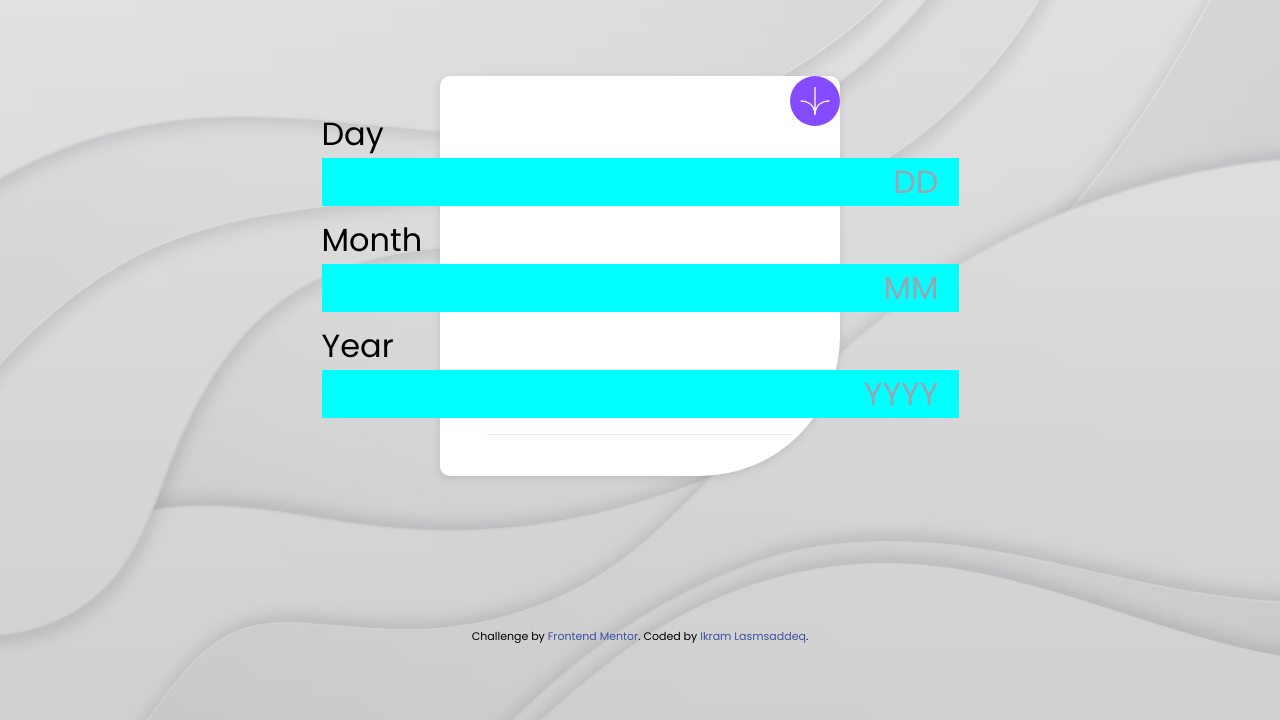
Repository: ikram-lisa/age-display
Page: /
The author's editor kept a copy of each file at every save. The page is drawn from the files as they stood at one save, then again after the next save.
The browser window is 1280 px wide. The pictures show the whole page.
Some web libraries are served in a nearby version. The project was rebuilt for these pictures with package versions that can differ from the ones it lists, and the page was loaded fresh each time.

Above is the page before, as saved 2024-04-30 23:30:50.

After the next save:
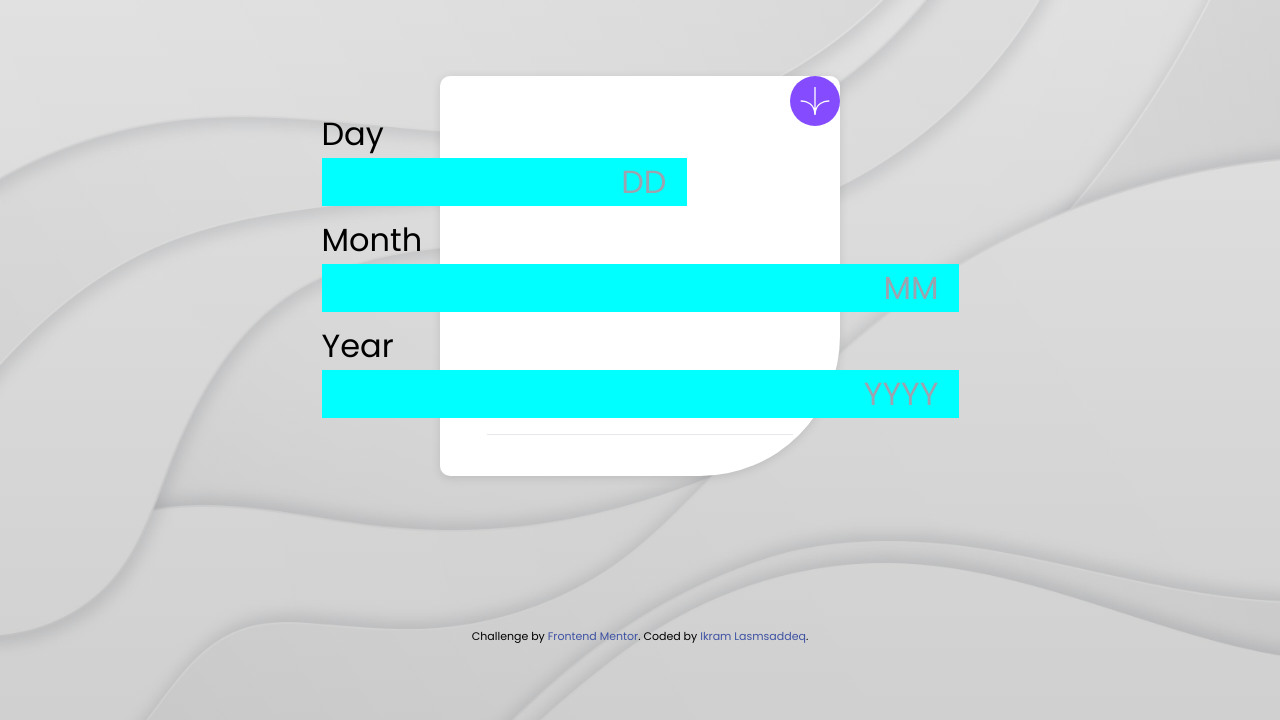
Saved 2 min 14 s later.
--- a/index.html
+++ b/index.html
@@ -37,6 +37,10 @@
               id="day"
               type="number"
               placeholder="DD"
+              required
+              minlength="4"
+              maxlength="8"
+              size="10"
             />
           </div>
 
